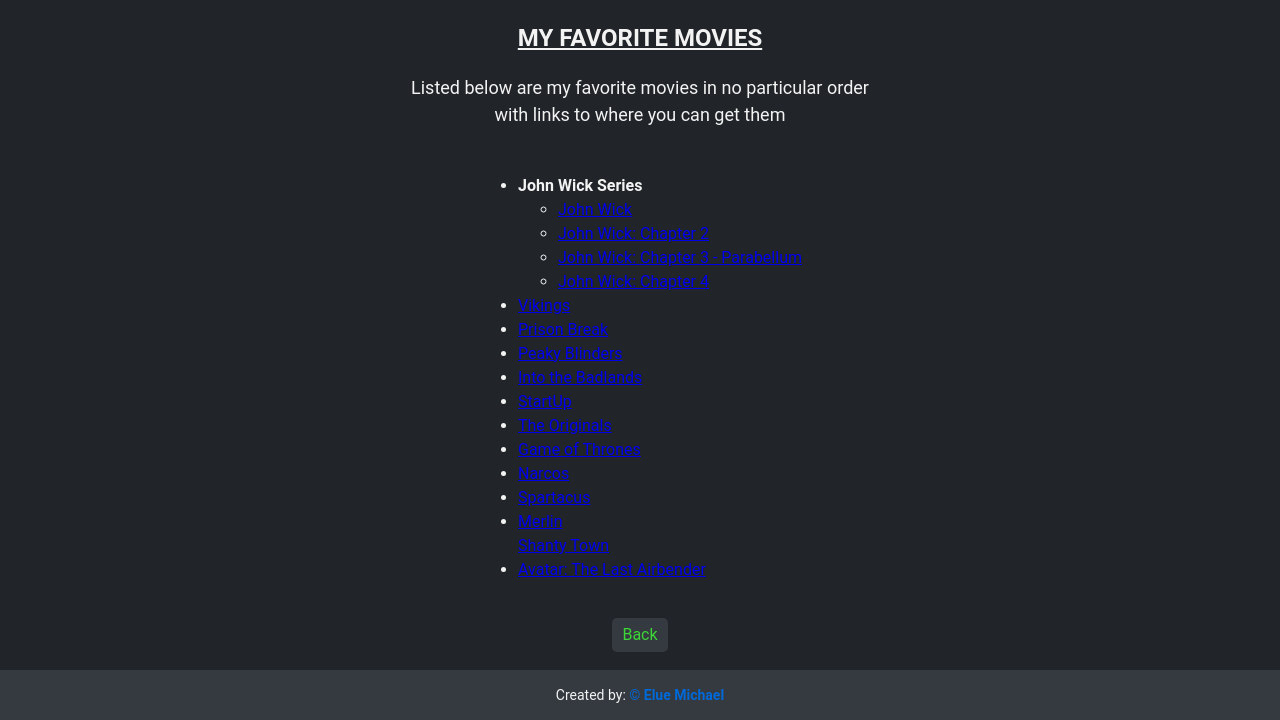
Repository: MikkyPrestige/html-website
Page: pages/movies.html
An editor plug-in stored every save of this project. The page is shown before and after the next save, followed by the edit.
The browser window is 1280 px wide. The pictures show the whole page.

Above is the page before, as saved 2023-04-29 13:57:13.

### pages/movies.html
<!DOCTYPE html>
<html lang="en">

<head>
  <meta charset="UTF-8">
  <meta http-equiv="X-UA-Compatible" content="IE=edge">
  <meta name="viewport" content="width=device-width, initial-scale=1.0">
  <title>Movies</title>
  <link rel="stylesheet" href="../index.css">
</head>

<body>
  <main class="main">
    <section class="section">
      <div class="fav">
        <h1 class="fav-heading"><u>My Favorite Movies</u></h1>
        <p class="fav-subheading">Listed below are my favorite movies in no particular order with links to where you can
          get them</p>
      </div>
      <ul class="movie-lists">
        <li class="movie-list"><strong>John Wick Series</strong>
          <ul class="list--lists">
            <li class="lists-item">
              <a href="https://www.imdb.com/title/tt2911666/?ref_=fn_al_tt_2" target="_blank" class="movie-link">John
                Wick</a>
            </li>
            <li class="lists-item">
              <a href="https://www.imdb.com/title/tt4425200/?ref_=fn_al_tt_3" target="_blank" class="movie-link">John
                Wick: Chapter 2</a>
            </li>
            <li class="lists-item">
              <a href="https://www.imdb.com/title/tt6146586/?ref_=fn_al_tt_4" target="_blank" class="movie-link">John
                Wick: Chapter 3 -
                Parabellum</a>
            </li>
            <li class="lists-item">
              <a href="https://www.imdb.com/title/tt10366206/?ref_=fn_al_tt_1" target="_blank" class="movie-link">John
                Wick: Chapter 4</a>
            </li>
          </ul>
        </li>
        <li class="movie-list">
          <a href="https://www.imdb.com/title/tt4620502/?ref_=ttpl_ov" target="_blank" class="movie-link">Vikings</a>
        </li>
        <li class="movie-list">
          <a href="https://www.imdb.com/title/tt0455275/?ref_=fn_al_tt_1" target="_blank" class="movie-link">Prison
            Break</a>
        </li>
        <li class="movie-list">
          <a href="https://www.imdb.com/title/tt2442560/?ref_=tt_sims_tt_i_1" target="_blank" class="movie-link">Peaky
            Blinders</a>
        </li>
        <li class="movie-list">
          <a href="https://www.imdb.com/title/tt3865236/?ref_=nv_sr_srsg_1_tt_7_nm_0_q_into%2520the%2520bad"
            target="_blank" class="movie-link">Into the Badlands</a>
        </li>
        <li class="movie-list">
          <a href="https://www.imdb.com/title/tt5028002/?ref_=fn_al_tt_1" target="_blank" class="movie-link">StartUp</a>
        </li>
        <li class="movie-list">
          <a href="https://www.imdb.com/title/tt2632424/?ref_=tt_mv_close" target="_blank" class="movie-link">The
            Originals</a>
        </li>
        <li class="movie-list">
          <a href="https://www.imdb.com/title/tt0944947/?ref_=tt_sims_tt_i_4" target="_blank" class="movie-link">Game of
            Thrones</a>
        </li>
        <li class="movie-list">
          <a href="https://www.imdb.com/title/tt2707408/" target="_blank" class="movie-link">Narcos</a>
        </li>
        <li class="movie-list">
          <a href="https://www.imdb.com/title/tt1442449/?ref_=nv_sr_srsg_0_tt_7_nm_1_q_Spartacus" target="_blank"
            class="movie-link">Spartacus</a>
        </li>
        <li class="movie-list">
          <a href="https://www.imdb.com/title/tt1199099/?ref_=nv_sr_srsg_0_tt_2_nm_6_q_Merlin"
            target="_blank">Merlin</a>
        </li class="movie-list">
        <a href="https://www.imdb.com/title/tt22099034/?ref_=nv_sr_srsg_0_tt_8_nm_0_q_shanty%2520town" target="_blank"
          class="movie-link">Shanty Town</a>
        </li>
        <li class="movie-list">
          <a href="https://www.imdb.com/title/tt0417299/?ref_=nv_sr_srsg_0_tt_7_nm_1_q_Avatar%2520the%2520last"
            target="_blank" class="movie-link">Avatar: The Last Airbender</a>
        </li>
      </ul>
      <div class="back">
        <a href="../index.html" class="back-link">Back</a>
      </div>
    </section>
    <footer class="footer">
      <p class="footer-text">Created by: <a href="#" target="_blank" class="footer-link">
          &copy; <strong>Elue Michael</strong>
        </a>
      </p>
    </footer>
  </main>
</body>

</html>

### index.css
body {
  background-color: #212529;
  font-family: 'Roboto', sans-serif;
  font-size: 16px;
  font-weight: 400;
  line-height: 1.5;
  color: #f3f3f3;
  text-align: left;
  margin: 0;
  padding: 0;
  width: 100%;
  height: 100vh;
}

.main {
  display: flex;
  flex-direction: column;
  justify-content: space-between;
  align-items: center;
  height: 100%;
}

.section {
  display: flex;
  flex-direction: column;
  justify-content: center;
  align-items: center;
  width: 100%;
}

.btn {
  background-color: #007bff;
  padding: 5px;
  border-radius: 5px;
  transition: all .15s ease-in-out;
  border: none;
  outline: none;
  margin: -20px 0 50px 0;
}

.btn:hover {
  background-color: #0069d9;
}

.btn-link {
  color: #f3f3f3;
  font-size: 14px;
  text-decoration: none;
  cursor: pointer;
}

.section1 {
  display: flex;
  flex-direction: column;
  justify-content: center;
  align-items: center;
}

.section1-header {
  font-size: 24px;
  font-weight: 700;
  margin-bottom: 5px;
  text-transform: uppercase;
}

.section1-content {
  display: flex;
  justify-content: space-around;
  align-items: center;
  width: 100%;
}

.section1-text {
  font-size: 18px;
  font-weight: 400;
}

.section1-link,
.section1-link:link,
.section1-link:visited {
  color: #0069d9;
  text-decoration: none;
  cursor: pointer;
}

.section1-link:hover {
  text-decoration: underline;
  color: #f3f3f3;
}

/* BOOKS CSS */
.fav {
  display: flex;
  flex-direction: column;
  justify-content: center;
  align-items: center;
}

.fav-heading {
  font-size: 24px;
  font-weight: 700;
  margin-bottom: 0px;
  text-transform: uppercase;
}

.fav-subheading {
  font-size: 18px;
  font-weight: 400;
  margin-bottom: 30px;
  width: 65%;
  text-align: center;
}

.books-lists {
  display: flex;
  flex-direction: column;
  justify-content: center;
  align-items: center;
  gap: 20px;
  list-style: none;
}

.books-item {
  width: 100%;
  max-width: 500px;
  padding: 13px;
  border-radius: 5px;
  background-color: #343a40;
}

.books-item:hover {
  background-color: #212529;
}

.books-link,
.books-link:link,
.books-link:visited {
  color: #f3f3f3;
  text-decoration: none;
  cursor: pointer;
}

.books-link:hover {
  text-decoration: underline;
}

.back {
  margin: 20px 0 10px 0;
  padding: 5px 10px;
  border-radius: 5px;
  background-color: #343a40;
}

.back:hover {
  background-color: #212529;
}

.back-link {
  color: #3dd638;
  text-decoration: none;
  cursor: pointer;
}

.back-link:hover {
  text-decoration: underline;
}












.footer {
  display: flex;
  justify-content: center;
  align-items: center;
  width: 100%;
  height: 50px;
  background-color: #343a40;
}

.footer-text {
  font-size: 14px;
  font-weight: 400;
  color: #f3f3f3;
}

.footer-link {
  color: #0069d9;
  text-decoration: none;
  cursor: pointer;
}

After the next save:
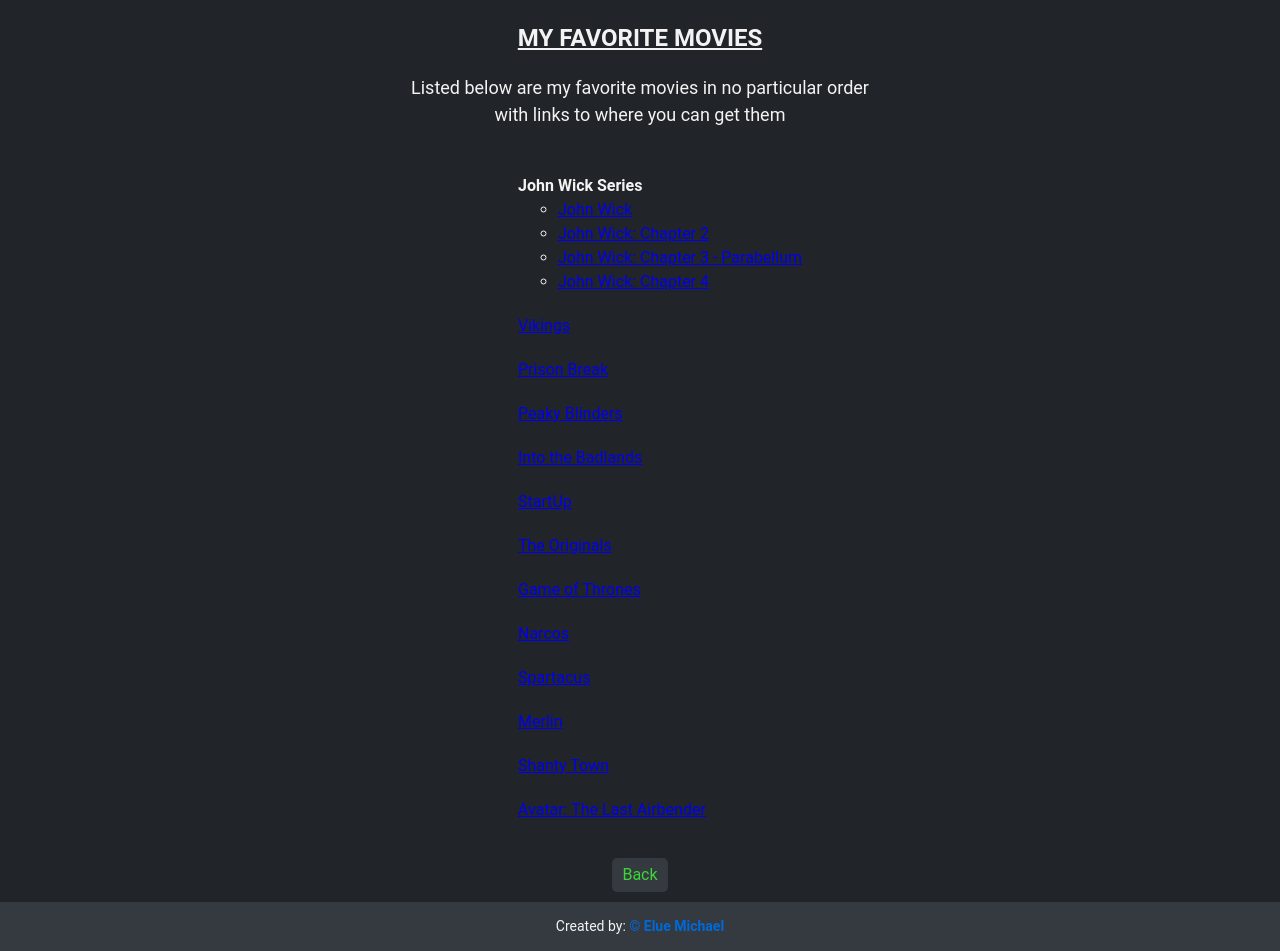
Saved 51 s later.
--- a/index.css
+++ b/index.css
@@ -144,6 +144,24 @@
   text-decoration: underline;
 }
 
+
+.movie-lists {
+  display: flex;
+  flex-direction: column;
+  justify-content: center;
+  gap: 20px;
+  list-style: none;
+}
+
+
+
+
+
+
+
+
+
+
 .back {
   margin: 20px 0 10px 0;
   padding: 5px 10px;
@@ -165,17 +183,6 @@
   text-decoration: underline;
 }
 
-
-
-
-
-
-
-
-
-
-
-
 .footer {
   display: flex;
   justify-content: center;
